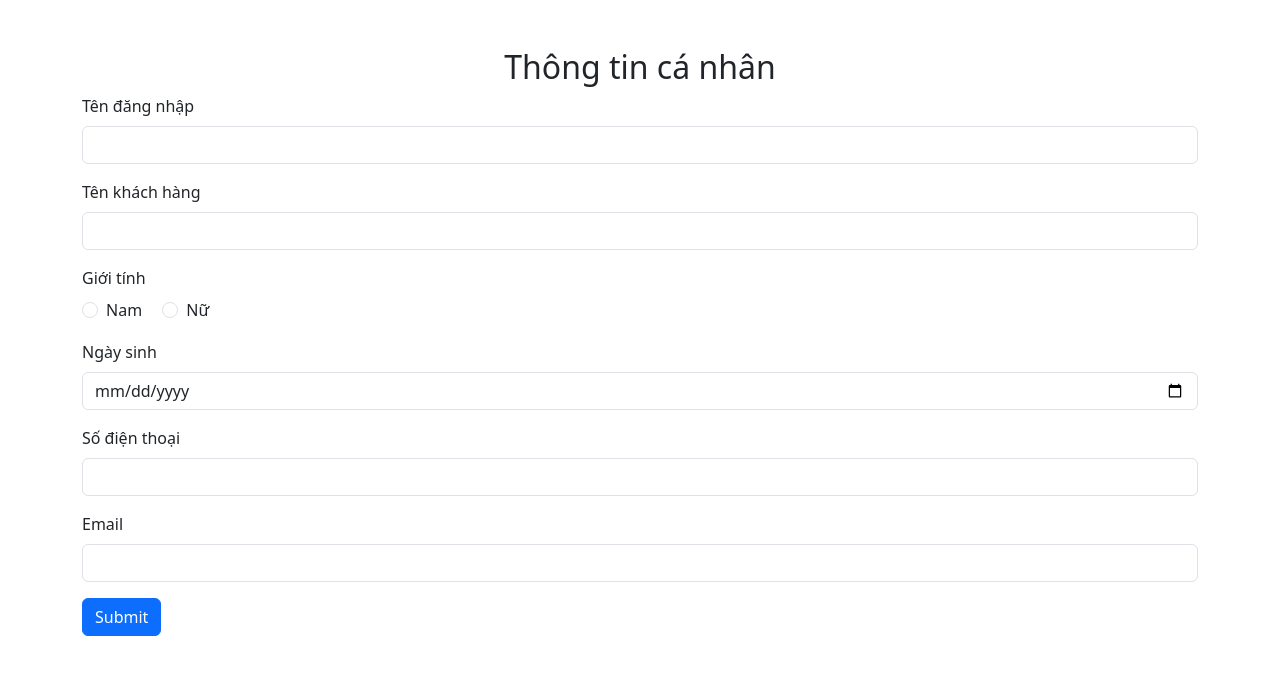
Repository: manhtdxxx/Tour-Booking-Webapp
Page: http://localhost/bookingTour/updateprofile.jsp
The author's editor kept a copy of each file at every save. The page is drawn from the files as they stood at one save, then again after a run of saves.
The browser window is 1280 px wide. The pictures show the whole page.
The page is served by Tomcat 9.

Above is the page before, as saved 2024-11-11 16:14:19.

After the next 2 saves:
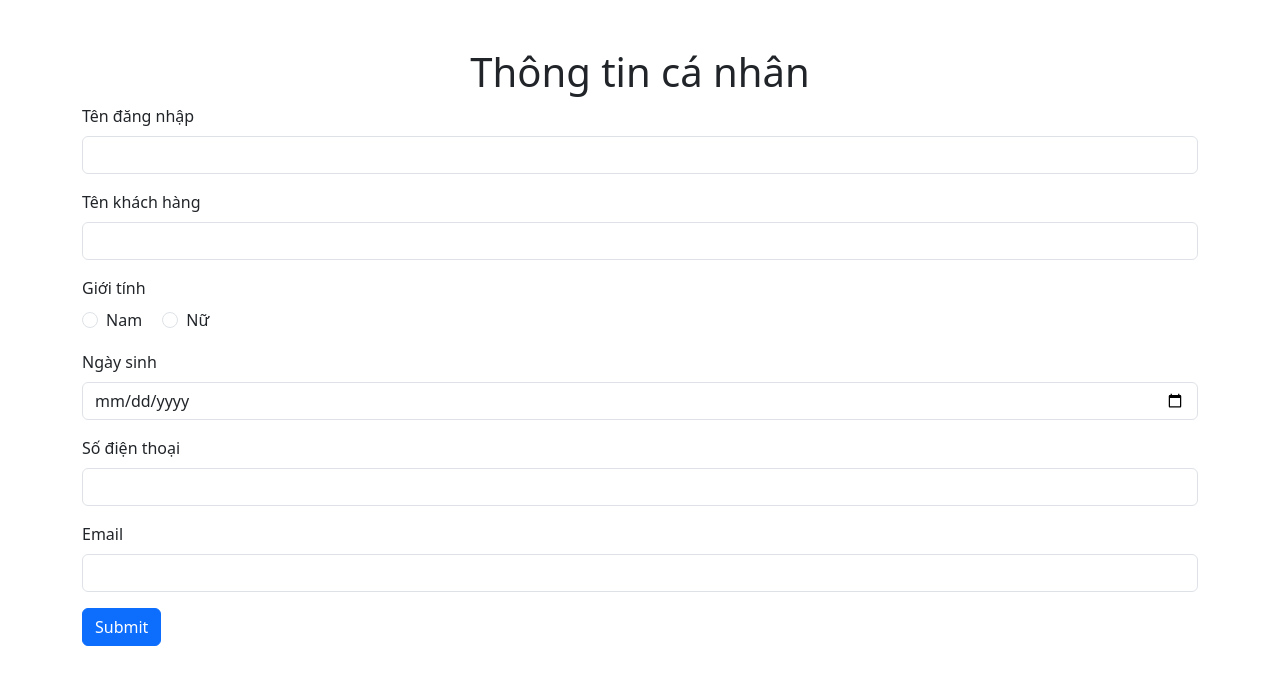
The 2 saves are shown as one change because they came seconds apart.
The last was saved 20 s later.
--- a/bookingTour/src/main/webapp/updateprofile.jsp
+++ b/bookingTour/src/main/webapp/updateprofile.jsp
@@ -13,7 +13,7 @@
 
 <body>
 	<div class="container mt-5">
-		<h2 class="text-center">Thông tin cá nhân</h2>
+		<h1 class="text-center">Thông tin cá nhân</h1>
 		<form>
 			<div class="mb-3">
 				<label for="username" class="form-label">Tên đăng nhập</label> <input type="text"
